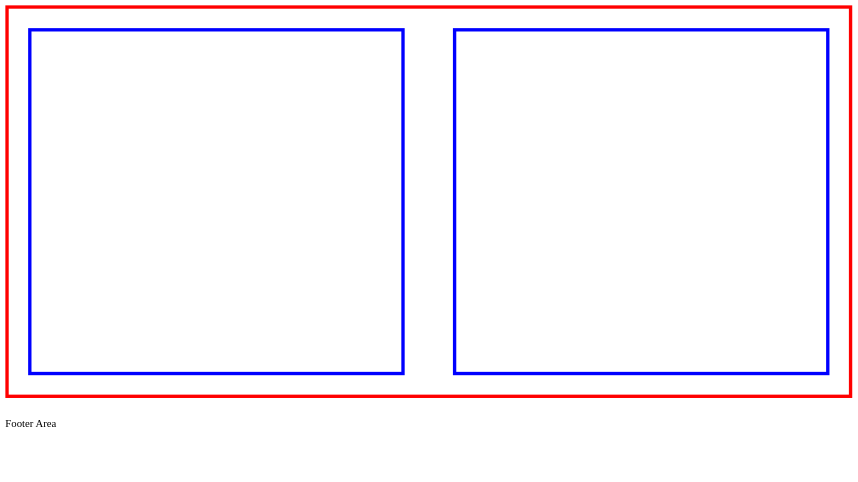
Repository: BwesewB/Brutalist-Website
Page: /
The author's editor kept a copy of each file at every save. The page is drawn from the files as they stood at one save, then again after the next save.
The browser window is 1280 px wide. The pictures show the whole page, at 67% of full size.
The project was rebuilt for these pictures with package versions that can differ from the ones it lists, and the page was loaded fresh each time. The framework's server and built-in components were replaced by stand-ins that run in the browser. Also part of the build but not shown: next.config.mjs.

Above is the page before, as saved 2024-02-03 20:56:52.

After the next save:
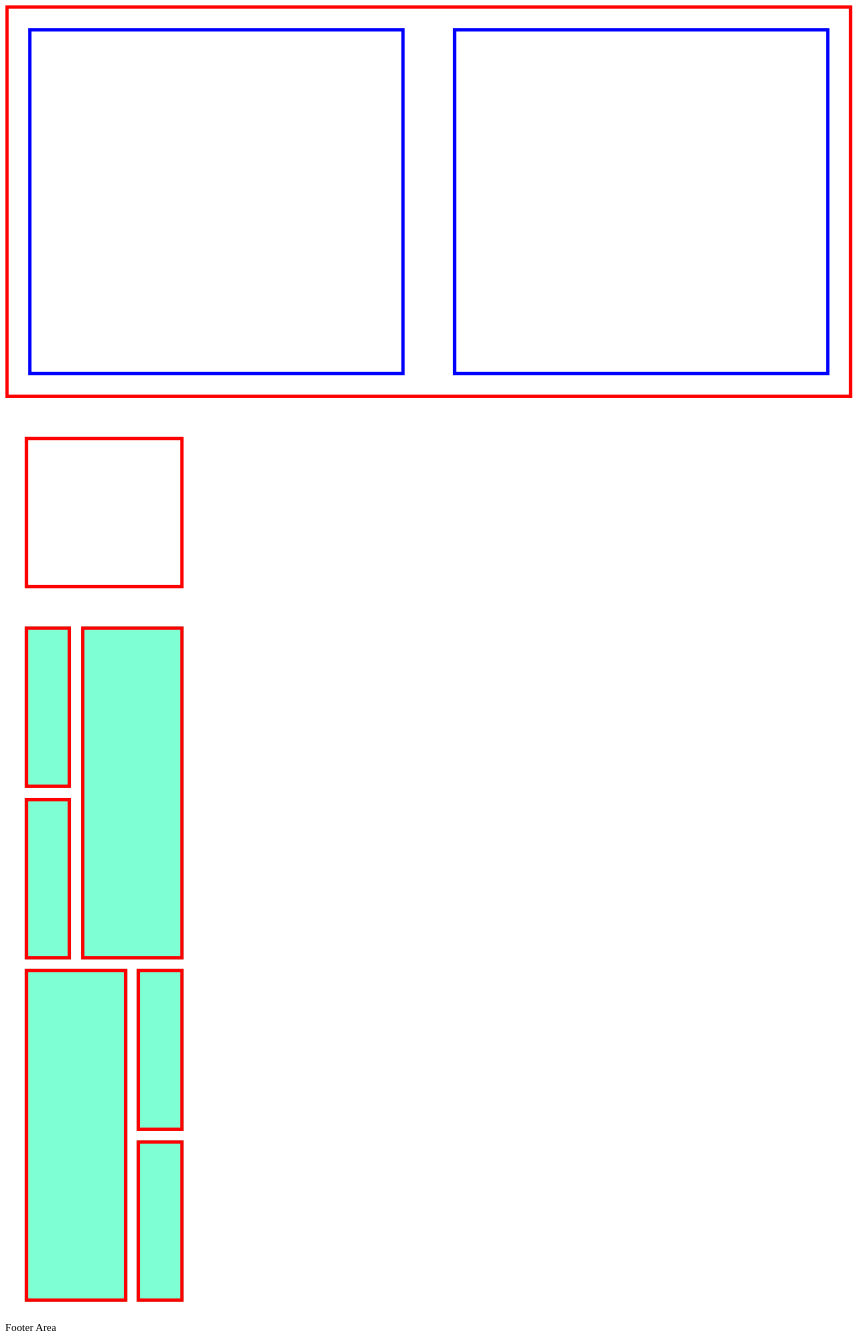
Saved 7 s later.
--- a/pages/index.js
+++ b/pages/index.js
@@ -25,7 +25,7 @@ const getClassStyle = flagValue => (input & flagValue) > 0 ? { backgroundColor:
     <>
       <Head>
         <title>Brutalism</title>
-        <meta name="description" content="Generated by create next app" />
+        <meta name="description" content="Brutalist Website" />
         <meta name="viewport" content="width=device-width, initial-scale=1" />
         <link rel="icon" href="/favicon.ico" />
       </Head>
@@ -35,15 +35,7 @@ const getClassStyle = flagValue => (input & flagValue) > 0 ? { backgroundColor:
           <div className={styles.displayPanel}></div>
         </div>
         <div className={styles.bottomDisplay}>
-          <div className={styles.inputArea}></div>
-          <div className={styles.displayArea}>
-            <div className={styles.posterOne}></div>
-            <div className={styles.posterTwo}></div>
-            <div className={styles.posterThree}></div>
-            <div className={styles.posterFour}></div>
-            <div className={styles.posterFive}></div>
-            <div className={styles.posterSix}></div>
-          </div>
+          <BottomDisplay/>
         </div>
       </main>
       <footer>
